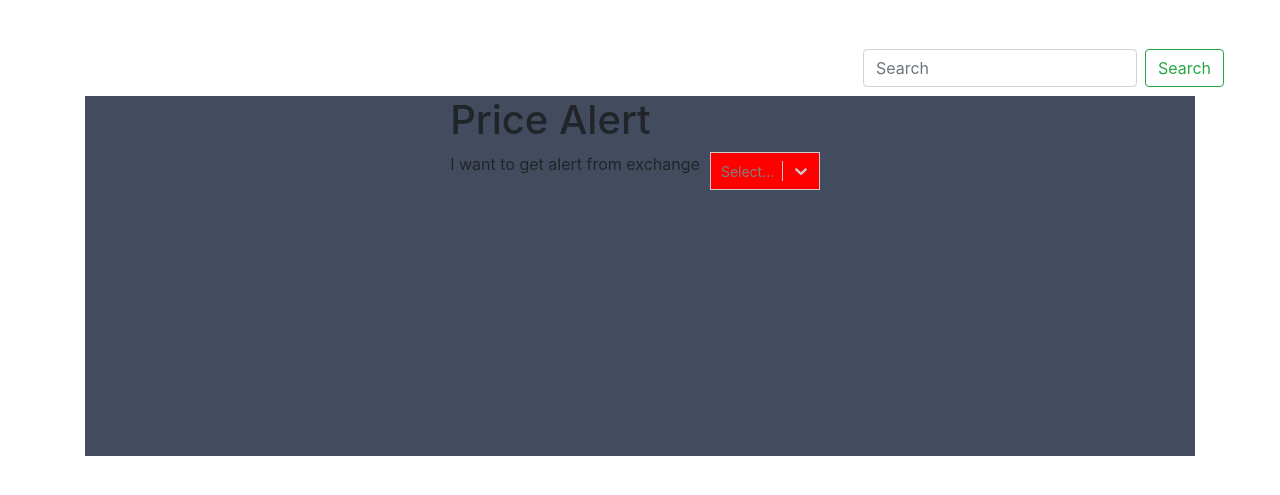
Repository: flychicken123/PriceAlertFront
Page: /
These files come from the project's save history. The page is drawn as it stood at one moment and after the next save; the edit follows.
The browser window is 1280 px wide. The pictures show the whole page.
The page's requests for data from a server got no answer. The project was rebuilt for these pictures with package versions that can differ from the ones it lists, and the page was loaded fresh each time. No one was signed in, and anything a server would have sent is missing. Also part of the build but not shown: src/App.css.

Above is the page before, as saved 2021-03-07 10:46:40.

### public/index.html
<!DOCTYPE html>
<html lang="en">
  <head>
    <meta charset="utf-8" />
    <link rel="icon" href="%PUBLIC_URL%/favicon.ico" />
    <meta name="viewport" content="width=device-width, initial-scale=1" />
    <meta name="theme-color" content="#000000" />
    <meta
      name="description"
      content="Web site created using create-react-app"
    />
    <link rel="apple-touch-icon" href="%PUBLIC_URL%/logo192.png" />
    <!--
      manifest.json provides metadata used when your web app is installed on a
      user's mobile device or desktop. See https://developers.google.com/web/fundamentals/web-app-manifest/
    -->
    <link rel="manifest" href="%PUBLIC_URL%/manifest.json" />
    <link
  rel="stylesheet"
  href="https://cdn.jsdelivr.net/npm/bootstrap@4.6.0/dist/css/bootstrap.min.css"
  integrity="sha384-B0vP5xmATw1+K9KRQjQERJvTumQW0nPEzvF6L/Z6nronJ3oUOFUFpCjEUQouq2+l"
  crossorigin="anonymous"
/>
<link rel="stylesheet" href="https://fonts.googleapis.com/css?family=Roboto:300,400,500,700&display=swap" />

    <!--
      Notice the use of %PUBLIC_URL% in the tags above.
      It will be replaced with the URL of the `public` folder during the build.
      Only files inside the `public` folder can be referenced from the HTML.

      Unlike "/favicon.ico" or "favicon.ico", "%PUBLIC_URL%/favicon.ico" will
      work correctly both with client-side routing and a non-root public URL.
      Learn how to configure a non-root public URL by running `npm run build`.
    -->
    <title>React App</title>
  </head>
  <body>
    <noscript>You need to enable JavaScript to run this app.</noscript>
    <div id="root"></div>
    <!--
      This HTML file is a template.
      If you open it directly in the browser, you will see an empty page.

      You can add webfonts, meta tags, or analytics to this file.
      The build step will place the bundled scripts into the <body> tag.

      To begin the development, run `npm start` or `yarn start`.
      To create a production bundle, use `npm run build` or `yarn build`.
    -->
  </body>
</html>

### src/App.js
import logo from './logo.svg';
import './App.css';
import { BrowserRouter as Router, Switch, Route } from 'react-router-dom';
import TopNavbar from './components/TopNavbar';
import Home from './components/Home.jsx';
const App = () => {
  return (
    <Router>
      <TopNavbar />
      <Switch>
        <Route path='/' component={Home} />
      </Switch>
    </Router>
  )
}

export default App;

### src/components/TopNavbar.jsx
import React, { Component } from 'react';
import { Button, Navbar, Nav, NavDropdown, Form, FormControl } from "react-bootstrap";
const TopNavbar = () => {
    return (
        <div>
            <Navbar bg="#282c34" variant="dark" expand="lg">
                <Navbar.Brand href="#home">React-Bootstrap</Navbar.Brand>
                <Navbar.Toggle aria-controls="basic-navbar-nav" />
                <Navbar.Collapse id="basic-navbar-nav">
                    <Nav className="mr-auto">
                        <Nav.Link href="#home">Home</Nav.Link>
                        <Nav.Link href="#link">Link</Nav.Link>
                        <NavDropdown title="Dropdown" id="basic-nav-dropdown">
                            <NavDropdown.Item href="#action/3.1">Action</NavDropdown.Item>
                            <NavDropdown.Item href="#action/3.2">Another action</NavDropdown.Item>
                            <NavDropdown.Item href="#action/3.3">Something</NavDropdown.Item>
                            <NavDropdown.Divider />
                            <NavDropdown.Item href="#action/3.4">Separated link</NavDropdown.Item>
                        </NavDropdown>
                    </Nav>
                    <Form inline>
                        <FormControl type="text" placeholder="Search" className="mr-sm-2" />
                        <Button variant="outline-success">Search</Button>
                    </Form>
                </Navbar.Collapse>
            </Navbar>
        </div>
    )
};
export default TopNavbar

### src/components/Home.jsx
import React, { useState, Component, Select, useEffect, useCallback } from 'react';
import AsyncSelect from 'react-select/async';
import { Form, Container, Col } from 'react-bootstrap';
import '../css/Home.css';
export default function Home(props) {
    const [coinTypes, setCoinTypes] = useState([]);
    const [selectedOption, setSelectedOption] = useState(props ? props.match?.params?.template_id : null);
    const customStyles = {
        control: base => ({
            ...base,
            height: 25,
            width: 110,
            fontSize: 14,
            padding: 0
        })
    };


    // const coinOptions = (f) => {
    //     return [{ name: "- select -", id: "" }, ...coinTypes].map((coinType) => {
    //         return {
    //             label: coinType.name,
    //             value: coinType.id
    //         }
    //     })
    // };
    const handleCoinChange = useCallback((coin_id) => {
        setSelectedOption(coin_id);
        console.log(coin_id.name);
    }, []);
    const fetchCoinList = () => {
        return fetch(`https://6043fea2a20ace001728e9b7.mockapi.io/api/v1/coinlist/coinlist`).then(res => res.json());
    }


    return (

        < div className='mainControl' >
            <Container fluid="md">

                <div style={{ display: 'flex', justifyContent: 'center', height: '50vh', backgroundColor: '#434c5f', width: '200' }}>

                    <Form>
                        <h1>Price Alert</h1>

                        <Form.Row>

                            <Col xs={8}>
                                I want to get alert from exchange
                            </Col>
                            <Col>
                                <AsyncSelect
                                    cacheOptions
                                    defaultOptions
                                    onChange={handleCoinChange}
                                    value={selectedOption}
                                    loadOptions={fetchCoinList}
                                    getOptionValue={option => option.id}
                                    getOptionLabel={option => option.name}
                                    styles={customStyles}
                                    theme={theme => ({
                                        ...theme,
                                        borderRadius: 0,
                                        colors: {
                                            ...theme.colors,
                                            primary25: 'grey',
                                            primary: 'black',
                                            neutral0: 'red'

                                        },
                                    })}
                                />
                            </Col>
                            <Col></Col>
                        </Form.Row>

                    </Form>

                </div>
            </Container>
        </div >
    )
}

### src/css/Home.css
body {
    background-color: #434c5f;
    color: white;
    padding: 40px;
    font-family: Arial;
    text-align: center;
  }

Loaded but not shown: src/index.js (common file); src/index.css (common file); src/reportWebVitals.js (common file)

After the next save:
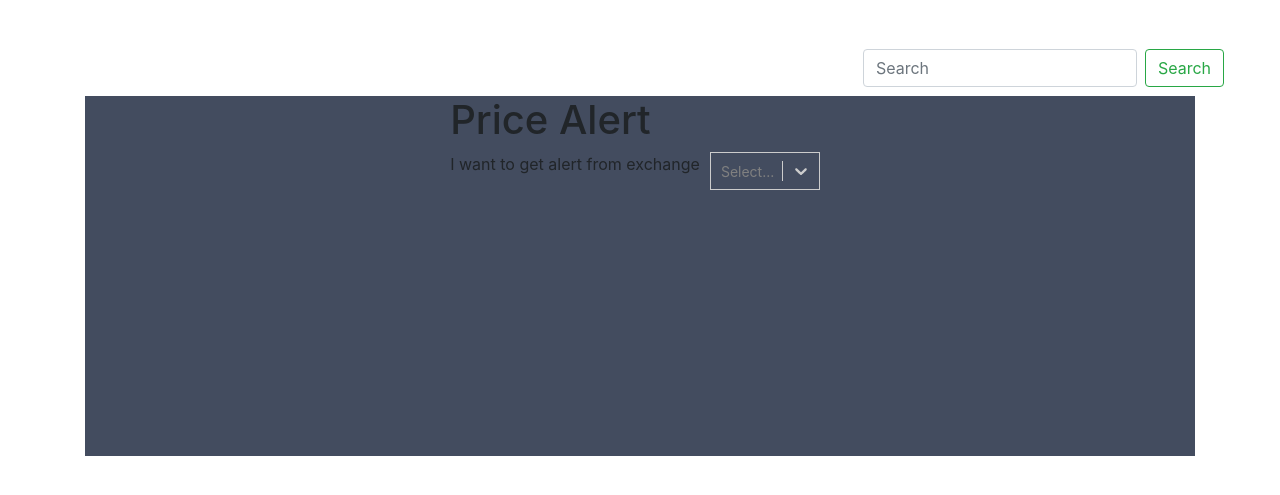
Saved 20 s later.
--- a/src/components/Home.jsx
+++ b/src/components/Home.jsx
@@ -65,7 +65,7 @@ export default function Home(props) {
                                             ...theme.colors,
                                             primary25: 'grey',
                                             primary: 'black',
-                                            neutral0: 'red'
+                                            neutral0: '434c5f'
 
                                         },
                                     })}
